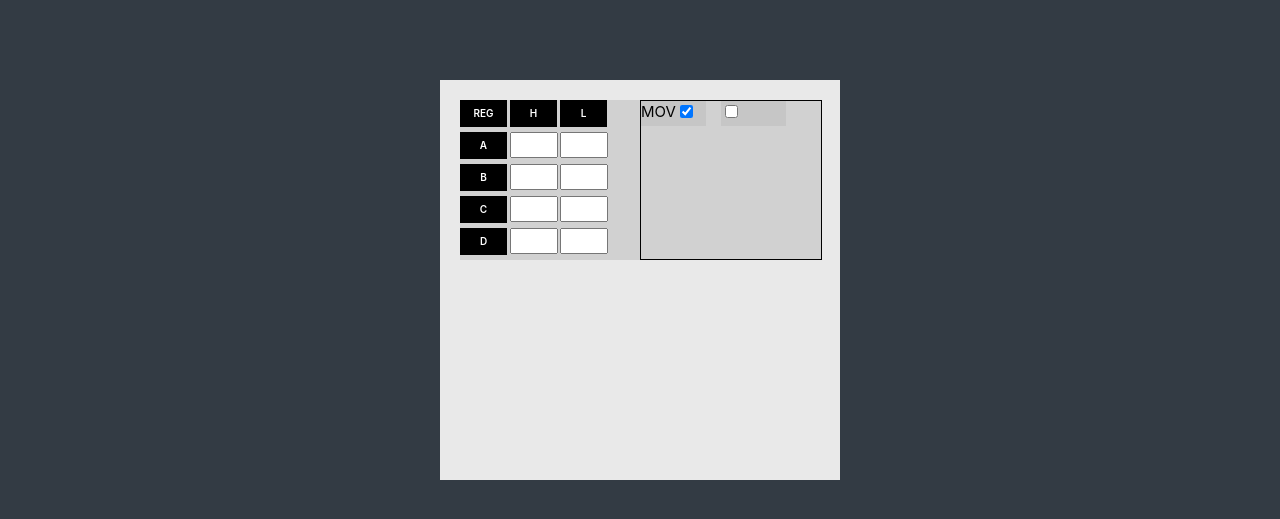
Repository: piookr-wsei/8086
Page: /
An editor plug-in stored every save of this project. The page is shown before and after the next save, followed by the edit.
The browser window is 1280 px wide. The pictures show the whole page.
The project was rebuilt for these pictures with package versions that can differ from the ones it lists, and the page was loaded fresh each time.

Above is the page before, as saved 2022-06-18 20:09:37.

### src/App.js

import './App.css';
import { RegDesc, RegInput, RegWrapper, UiWindow, UiWrapper, SettingsWrapper, Labels, CheckWrapper, OpBox } from './Components/Components.elements';

function OpChange(){
  return(
    <>
    <Labels>
      <CheckWrapper>
        MOV
        <OpBox type="checkbox"  defaultChecked />
      </CheckWrapper>
      <CheckWrapper>
        <OpBox type="checkbox"/>
      </CheckWrapper>
    </Labels>
    </>
    )
  }





function App() {
  return (
    <div className="App">
      <UiWindow>
        <UiWrapper>
          <RegWrapper>
            <RegDesc textContent={"REG"}/>  <RegDesc textContent={"H"}/>  <RegDesc textContent={"L"}/>

            <RegDesc textContent={"A"}/>  <RegInput maxLength={2}/> <RegInput maxLength={2}/>
            <RegDesc textContent={"B"}/>  <RegInput maxLength={2}/> <RegInput maxLength={2}/>
            <RegDesc textContent={"C"} />  <RegInput maxLength={2}/> <RegInput maxLength={2}/>
            <RegDesc textContent={"D"}/>  <RegInput maxLength={2}/> <RegInput maxLength={2}/>
          </RegWrapper>

          <SettingsWrapper>
            <OpChange/>
          </SettingsWrapper>

        </UiWrapper>
      </UiWindow>

    </div>
  );
}

export default App;

### src/App.css
body{
  height: 100%;
  background: rgba(1, 10, 22, 0.8);
}
.App {

}

.App-logo {
  height: 40vmin;
  pointer-events: none;
}

@media (prefers-reduced-motion: no-preference) {
  .App-logo {
    animation: App-logo-spin infinite 20s linear;
  }
}

.App-header {
  background-color: #282c34;
  min-height: 100vh;
  display: flex;
  flex-direction: column;
  align-items: center;
  justify-content: center;
  font-size: calc(10px + 2vmin);
  color: white;
}

.App-link {
  color: #61dafb;
}

@keyframes App-logo-spin {
  from {
    transform: rotate(0deg);
  }
  to {
    transform: rotate(360deg);
  }
}

### src/Components/Components.elements.js
import styled from "styled-components";

export const UiWindow = styled.div`
    height: 400px;
    width: 400px;
    background: rgb(233,233,233);
    position: relative;
    margin: auto;
    top: 80px;
`

export const UiWrapper = styled.div`
    border: 20px solid transparent;
    display: grid;
    grid-template-columns: 1fr 1fr;
`

export const RegWrapper = styled.div`
    width: 180px;
    background: rgba(0,0,0,0.1);
    position: relative;
    left: 0;
    display: grid;
    grid-template-columns: 50px 50px 50px;
`

export const RegInput = styled.input`
    height: 20px;
    width: 40px;
    margin-bottom:5px;
    text-align: center;
`

export const SettingsWrapper = styled.div`
    width: 180px;
    background: rgba(0,0,0,0.1);
    position: relative;
    right: 0;
    display: grid;
    grid-template-columns: 50px 50px 50px;
    border: solid 1px black;
    font-size: 15px;
    line-height: 22px;

`

export const RegDescSC = styled.div`
    height: 27px;
    width: 47px;
    background: black;
    margin-bottom:5px;
    color: white;
    font-weight: 600;
`

export const DescText = styled.p`
    font-size: 10px;
    text-align: center;
    position: relative;
    top: -3px;
`

export function RegDesc(props){
    return(
        <RegDescSC>
            <DescText>{props.textContent}</DescText>
        </RegDescSC>
    )
}

export const Labels = styled.div`
    display: grid;
    grid-template-columns: 80px 60px 60px;
`

export const CheckWrapper = styled.div`
    background: rgba(0,0,0,0.05);
    width: 65px;
    height: 25px;
`

export const OpBox = styled.input`
    vertical-align: "middle";
    position: relative;
    top: 1px;
`

Loaded but not shown: public/index.html (common file); src/index.js (common file); src/index.css (common file); src/reportWebVitals.js (common file)

After the next save:
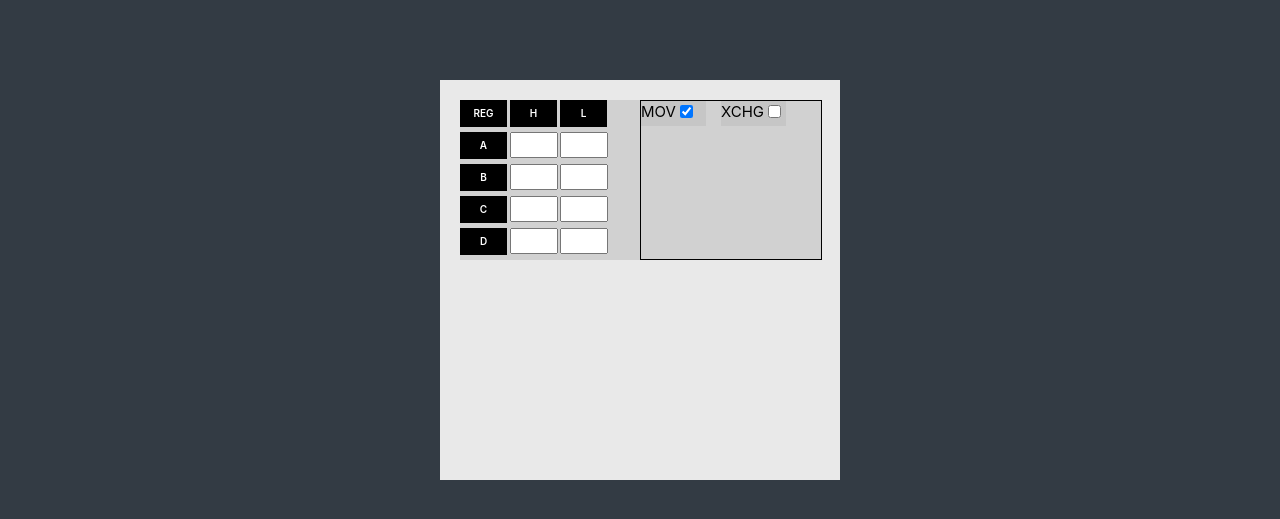
Saved 11 s later.
--- a/src/App.js
+++ b/src/App.js
@@ -11,6 +11,7 @@ function OpChange(){
         <OpBox type="checkbox"  defaultChecked />
       </CheckWrapper>
       <CheckWrapper>
+        XCHG
         <OpBox type="checkbox"/>
       </CheckWrapper>
     </Labels>
